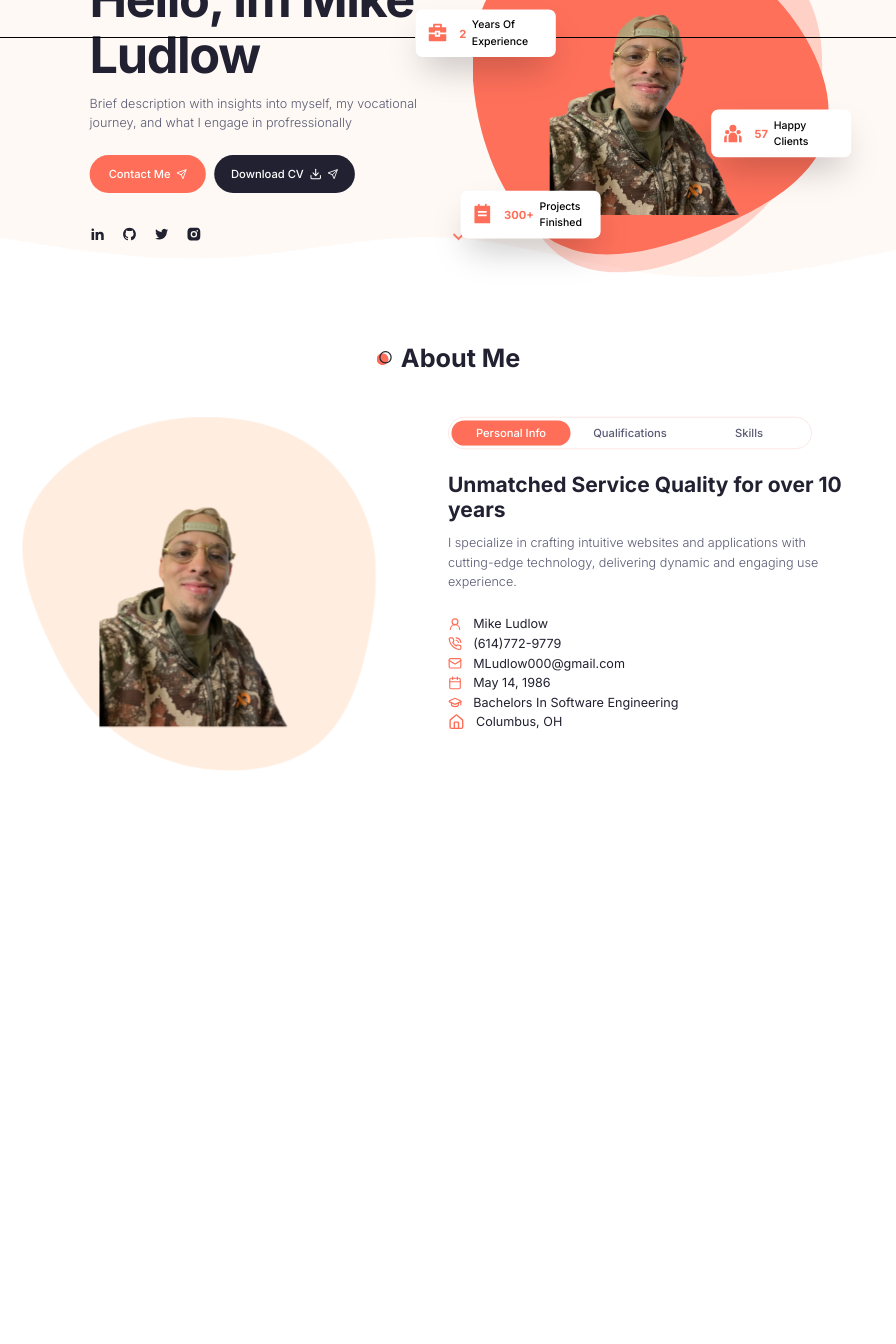
Repository: MikeeBuilds/mike-port
Page: /
These files come from the project's save history. The page is drawn as it stood at one moment and after the next save; the edit follows.
The browser window is 1280 px wide. The pictures show the part of the page from y = 312 to 2232 px (the page is 5591 px tall), at 70% of full size.
The project was rebuilt for these pictures with package versions that can differ from the ones it lists, and the page was loaded fresh each time. The framework's server and built-in components were replaced by stand-ins that run in the browser. Also part of the build but not shown: next.config.js.

Above is the page before, as saved 2023-11-30 14:21:33.

After the next save:
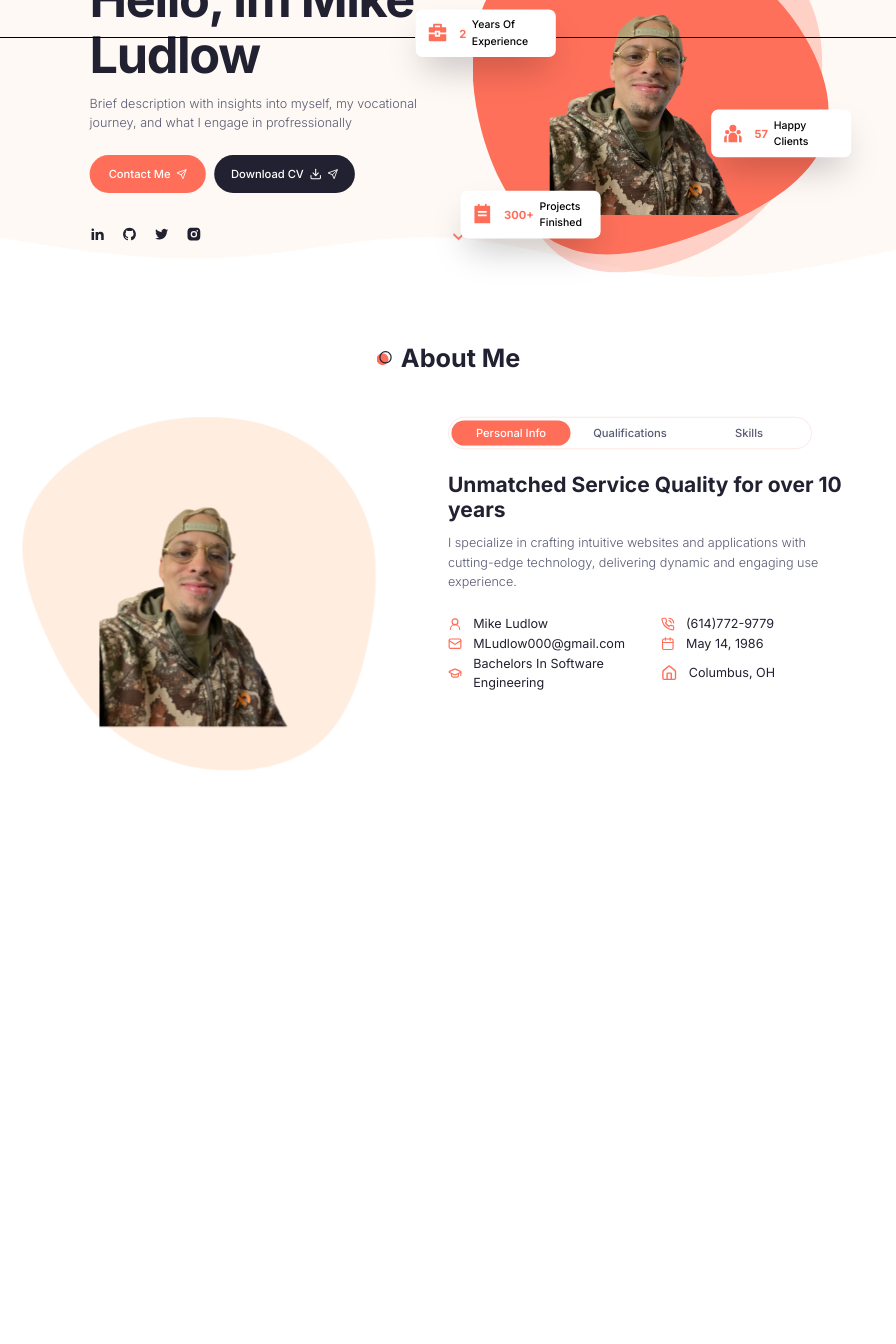
Saved 4 s later.
--- a/components/About.jsx
+++ b/components/About.jsx
@@ -169,7 +169,7 @@ const About = () => {
                       dynamic and engaging use experience.
                     </p>
                     {/* icons */}
-                    <div className="grid xl:">
+                    <div className="grid xl:grid-cols-2">
                       {infoData.map((item, index) => {
                         return (
                           <div
